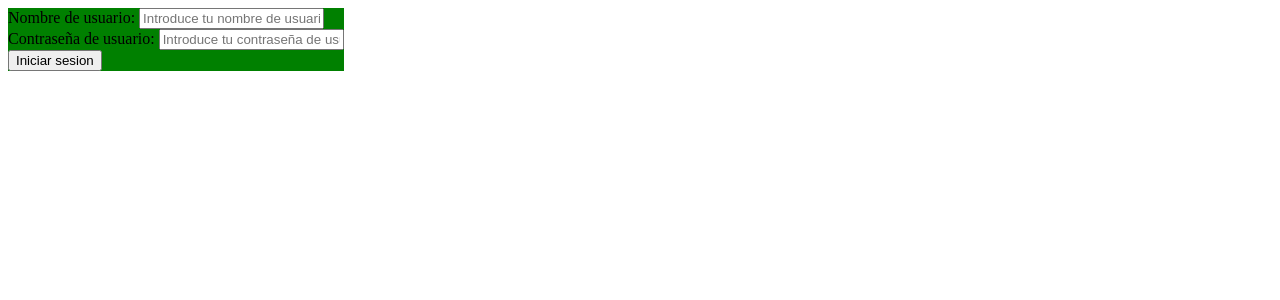
Repository: angegon/Developing-Applications-for-the-Java-EE-Platform
Page: javaee/08_ejemplo_fordward_login/WebContent/login.html
These files come from the project's save history. The page is drawn as it stood at one moment and after the next save; the edit follows.
The browser window is 1280 px wide. The pictures show the whole page.

Above is the page before, as saved 2016-12-21 15:54:39.

After the next save:
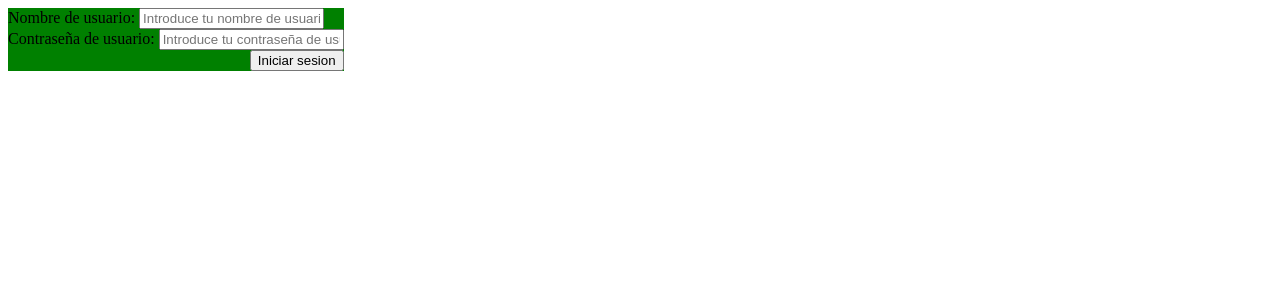
Saved 38 s later.
--- a/javaee/08_ejemplo_fordward_login/WebContent/login.html
+++ b/javaee/08_ejemplo_fordward_login/WebContent/login.html
@@ -12,7 +12,9 @@
 	</br>
 	Contraseña de usuario: <input type="password" name="password" placeholder="Introduce tu contraseña de usuario"/>
 	</br>
+	<div style="float:right">
 	<input type="submit" value="Iniciar sesion"/>
+	</div>
 </div>
 
 </form>
